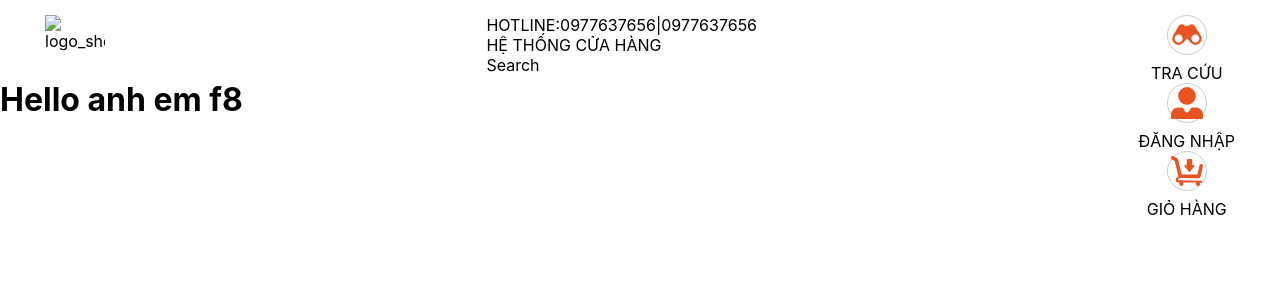
Repository: manhhieu120499/BadmintonShop
Page: /
The author's editor kept a copy of each file at every save. The page is drawn from the files as they stood at one save, then again after the next save.
The browser window is 1280 px wide. The pictures show the whole page.
The project was rebuilt for these pictures with package versions that can differ from the ones it lists, and the page was loaded fresh each time.

Above is the page before, as saved 2024-08-19 09:52:36.

After the next save:
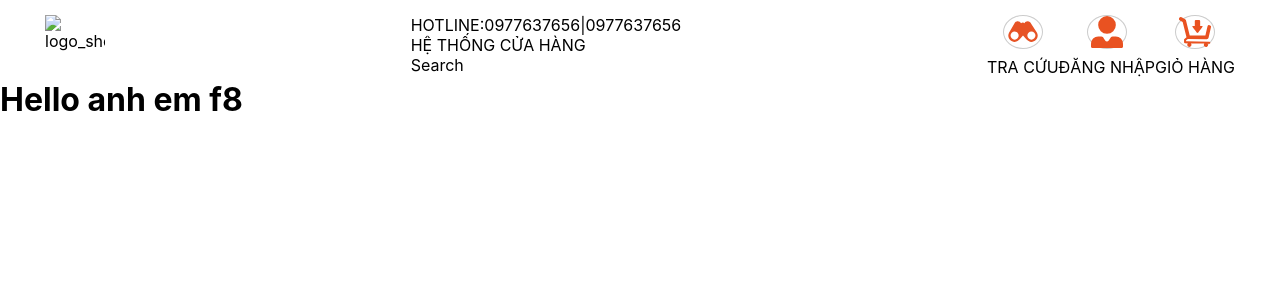
Saved 33 s later.
--- a/src/layouts/components/Header/Header.module.scss
+++ b/src/layouts/components/Header/Header.module.scss
@@ -11,3 +11,7 @@
 	height: 60px;
 	display: inline-block;
 }
+
+.other {
+	display: flex;
+}
